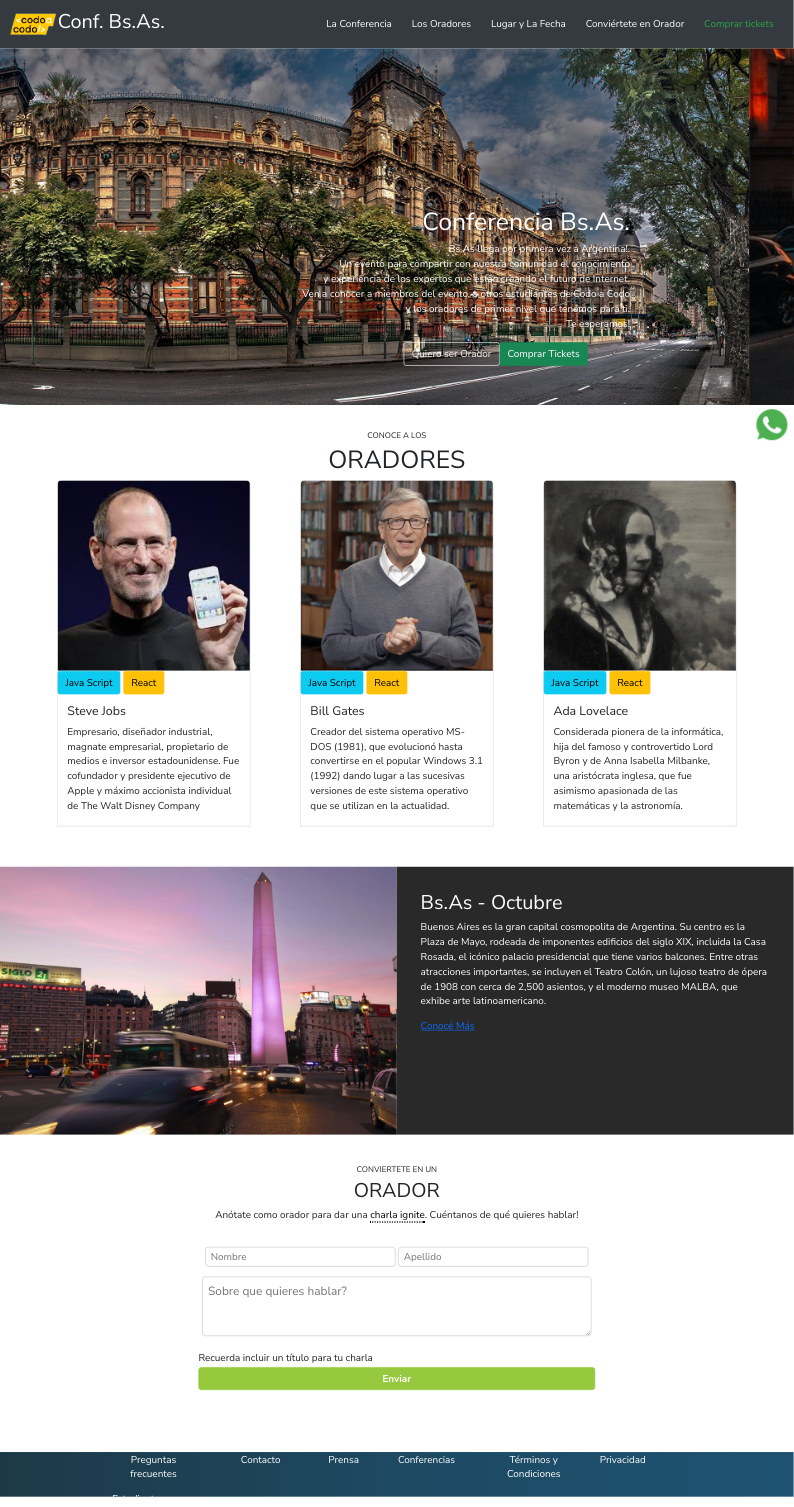
Repository: Melire/trabajo-final-BS
Page: index.html
These files come from the project's save history. The page is drawn as it stood at one moment and after the next save; the edit follows.
The browser window is 1280 px wide. The pictures show the whole page, at 62% of full size.

Above is the page before, as saved 2023-05-10 16:48:21.

After the next save:
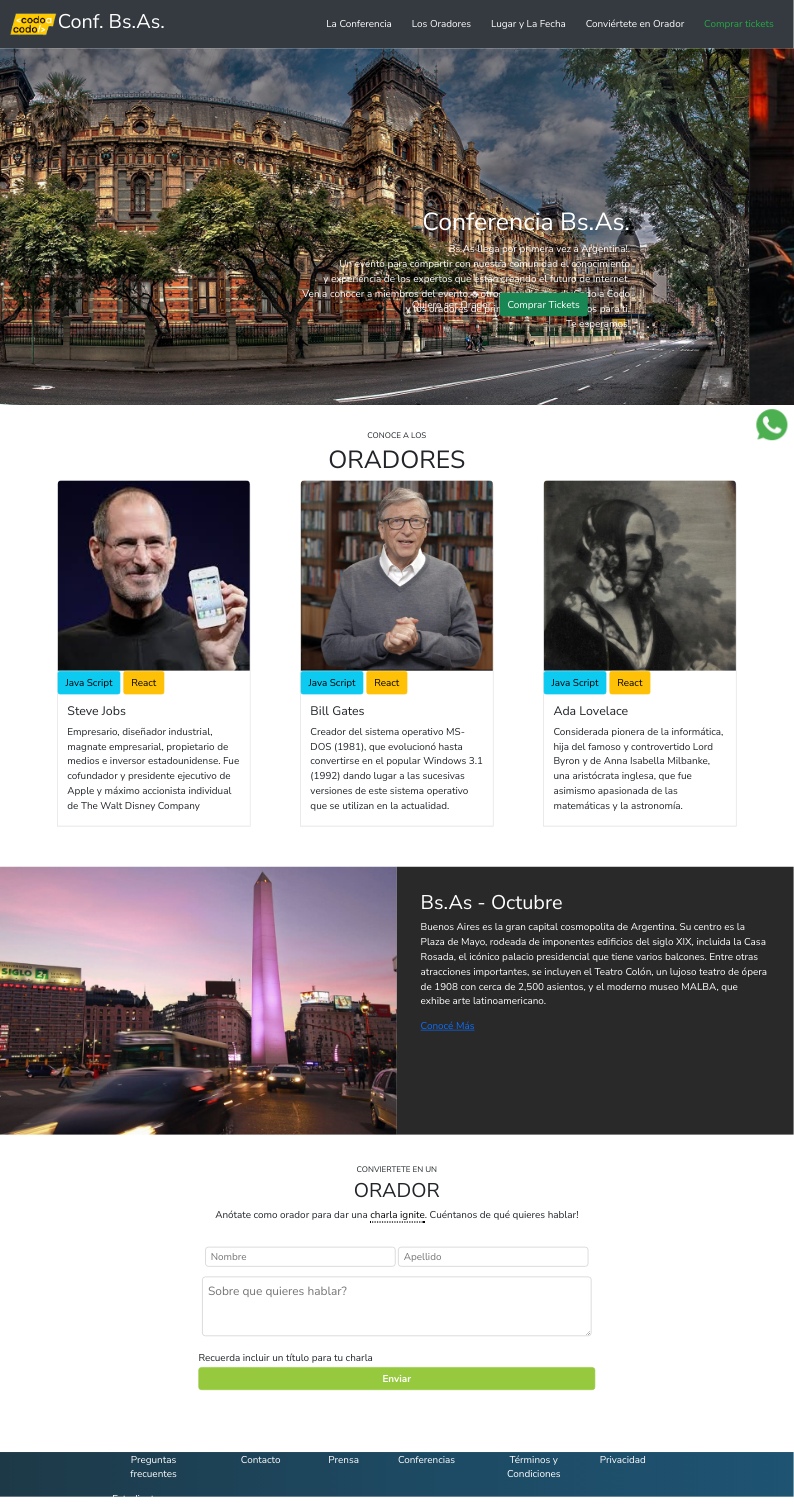
Saved 12 s later.
--- a/css/estilos3.css
+++ b/css/estilos3.css
@@ -75,7 +75,7 @@
     display:flex;
     flex-direction:row;
     justify-content:flex-end;
-    margin-right: 5rem;
+    margin: 5rem;
     align-items: end;
    padding:3rem ;
 }
